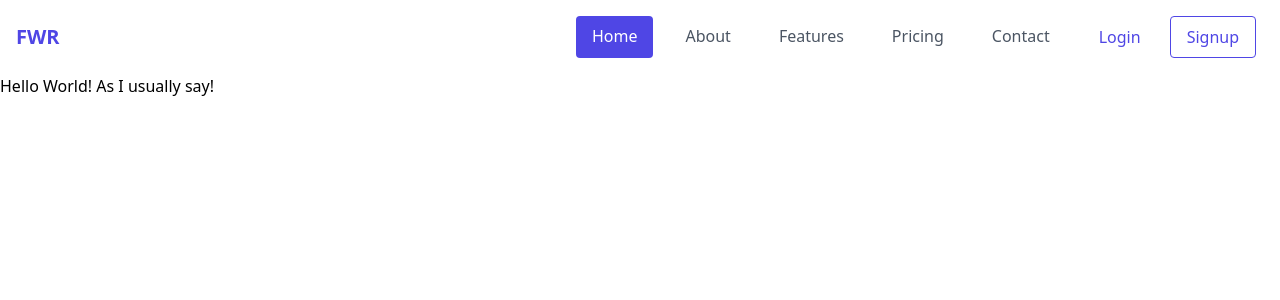
Repository: thasquirrie/fanmanagement
Page: / (app in frontend/)
The author's editor kept a copy of each file at every save. The page is drawn from the files as they stood at one save, then again after the next save.
The browser window is 1280 px wide. The pictures show the whole page.
The project was rebuilt for these pictures with package versions that can differ from the ones it lists, and the page was loaded fresh each time. A package was used in the major version that the imports need, not the one package.json lists. Also part of the build but not shown: frontend/craco.config.js, frontend/src/App.css.

Above is the page before, as saved 2021-05-25 12:34:17.

### frontend/src/index.css
body {
 margin: 0;
 font-family: -apple-system, BlinkMacSystemFont, 'Segoe UI', 'Roboto', 'Oxygen',
  'Ubuntu', 'Cantarell', 'Fira Sans', 'Droid Sans', 'Helvetica Neue', sans-serif;
 -webkit-font-smoothing: antialiased;
 -moz-osx-font-smoothing: grayscale;
}

code {
 font-family: source-code-pro, Menlo, Monaco, Consolas, 'Courier New', monospace;
}

@tailwind base;
@tailwind components;
@tailwind utilities;

### frontend/src/App.js
import { Route, BrowserRouter, Switch } from 'react-router-dom';
import Header from './components/Header';
import HomeScreen from './screens/HomeScreen';
// import logo from './logo.svg';
import './App.css';

function App() {
 return (
  <BrowserRouter>
   <Header />
   <main className='container'>
    <Switch>
     <Route path='/' component={HomeScreen} />
    </Switch>
   </main>
  </BrowserRouter>
 );
}

export default App;

### frontend/src/components/Header.jsx
import React from 'react';
import { NavLink } from 'react-router-dom';

const Header = () => {
 let toggleBtn = document.querySelector('#navbar-toggle');
 let collapse = document.querySelector('#navbar-collapse');

 console.log(toggleBtn);
 //  toggleBtn.onclick = () => {
 //   collapse.classList.toggle('hidden');
 //   collapse.classList.toggle('flex');
 //  };

 const handleClick = (e) => {
  console.log(e.target);
 };

 return (
  <nav className='bg-white py-2 md:py-4'>
   <div className='container px-4 mx-auto md:flex md:items-center'>
    <div className='flex justify-between items-center'>
     <NavLink to='/' className='font-bold text-xl text-indigo-600'>
      FWR
     </NavLink>
     {/* <button
      className='border border-solid border-gray-600 px-3 py-1 rounded text-gray-600 opacity-50 hover:opacity-75 md:hidden'
      id='navbar-toggle'
      onClick={handleClick}
     >
      <i className='fas fa-bars'></i>
     </button> */}
    </div>

    <div
     className='hidden md:flex flex-col md:flex-row md:ml-auto mt-3 md:mt-0'
     id='navbar-collapse'
    >
     <a
      href='#'
      className='p-2 lg:px-4 md:mx-2 text-white rounded bg-indigo-600'
     >
      Home
     </a>
     <a
      href='#'
      className='p-2 lg:px-4 md:mx-2 text-gray-600 rounded hover:bg-gray-200 hover:text-gray-700 transition-colors duration-300'
     >
      About
     </a>
     <a
      href='#'
      className='p-2 lg:px-4 md:mx-2 text-gray-600 rounded hover:bg-gray-200 hover:text-gray-700 transition-colors duration-300'
     >
      Features
     </a>
     <a
      href='#'
      className='p-2 lg:px-4 md:mx-2 text-gray-600 rounded hover:bg-gray-200 hover:text-gray-700 transition-colors duration-300'
     >
      Pricing
     </a>
     <a
      href='#'
      className='p-2 lg:px-4 md:mx-2 text-gray-600 rounded hover:bg-gray-200 hover:text-gray-700 transition-colors duration-300'
     >
      Contact
     </a>
     <a
      href='#'
      className='p-2 lg:px-4 md:mx-2 text-indigo-600 text-center border border-transparent rounded hover:bg-indigo-100 hover:text-indigo-700 transition-colors duration-300'
     >
      Login
     </a>
     <a
      href='#'
      className='p-2 lg:px-4 md:mx-2 text-indigo-600 text-center border border-solid border-indigo-600 rounded hover:bg-indigo-600 hover:text-white transition-colors duration-300 mt-1 md:mt-0 md:ml-1'
     >
      Signup
     </a>
    </div>
   </div>
  </nav>
 );
};

export default Header;

### frontend/src/screens/HomeScreen.jsx
import React from 'react';

const HomeScreen = () => {
 return (
  <div>
   <h1>Hello World! As I usually say!</h1>
  </div>
 );
};

export default HomeScreen;

Loaded but not shown: frontend/public/index.html (common file); frontend/src/index.js (common file); frontend/src/reportWebVitals.js (common file); frontend/tailwind.config.js (common file)

After the next save:
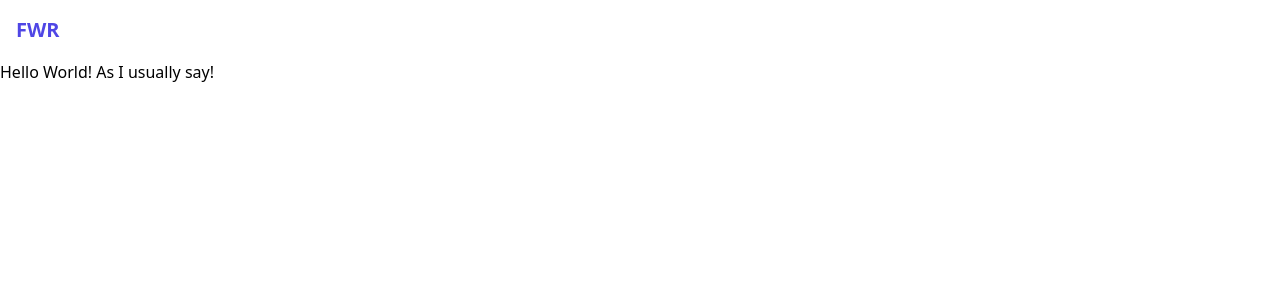
Saved 29 min 5 s later.
--- a/frontend/src/components/Header.jsx
+++ b/frontend/src/components/Header.jsx
@@ -32,7 +32,7 @@
     </div>
 
     <div
-     className='hidden md:flex flex-col md:flex-row md:ml-auto mt-3 md:mt-0'
+     className='md:hidden md:flex flex-col md:flex-row md:ml-auto mt-3 md:mt-0'
      id='navbar-collapse'
     >
      <a

After the save that followed:
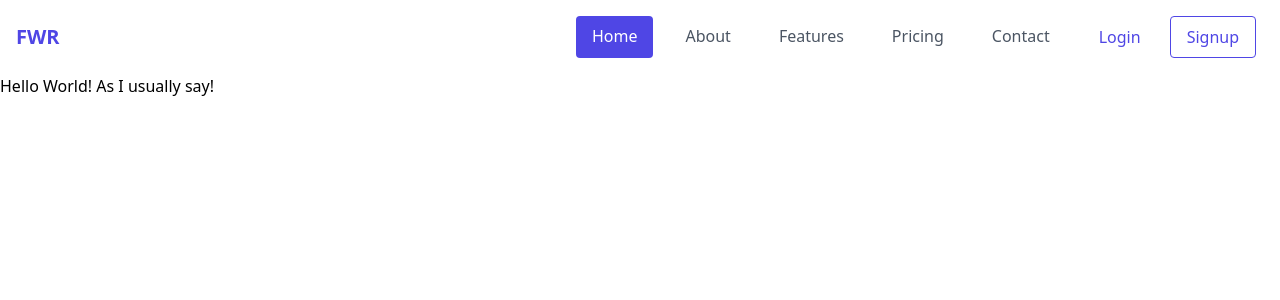
Saved 46 s later.
--- a/frontend/src/components/Header.jsx
+++ b/frontend/src/components/Header.jsx
@@ -32,7 +32,7 @@
     </div>
 
     <div
-     className='md:hidden md:flex flex-col md:flex-row md:ml-auto mt-3 md:mt-0'
+     className='md:flex flex-col md:flex-row md:ml-auto mt-3 md:mt-0 sm:hidden'
      id='navbar-collapse'
     >
      <a
